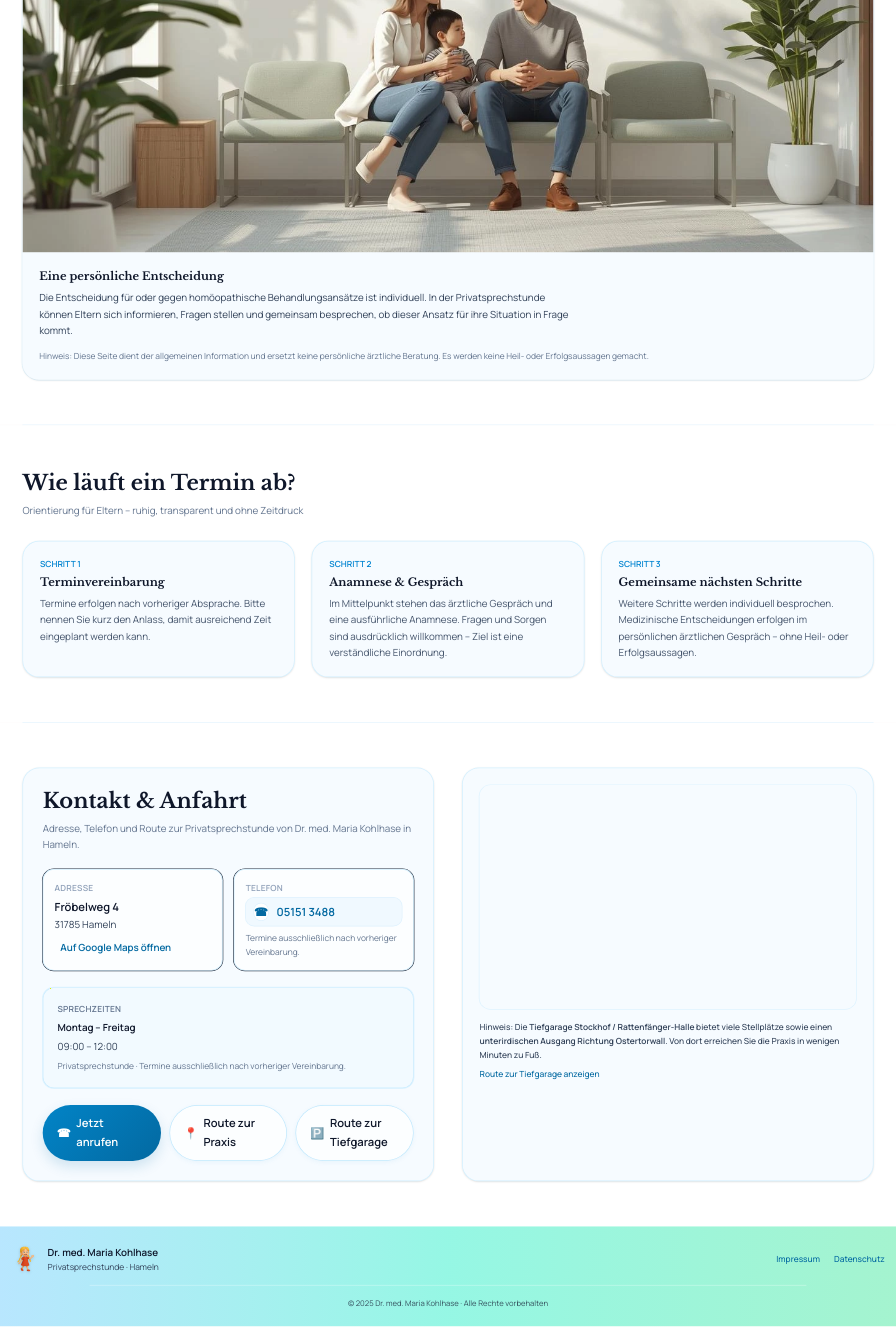
Repository: NikolajMalisch/kinderartz-web
Page: maria-kohlhase.html
These files come from the project's save history. The page is drawn as it stood at one moment and after the next save; the edit follows.
The browser window is 1280 px wide. The pictures show the part of the page from y = 2221 to 4141 px (the page is 4116 px tall before and 4141 px after), at 70% of full size.
Pictures or frames that could not be fetched are drawn as grey boxes.

Above is the page before, as saved 2025-12-16 21:03:53.

After the next save:
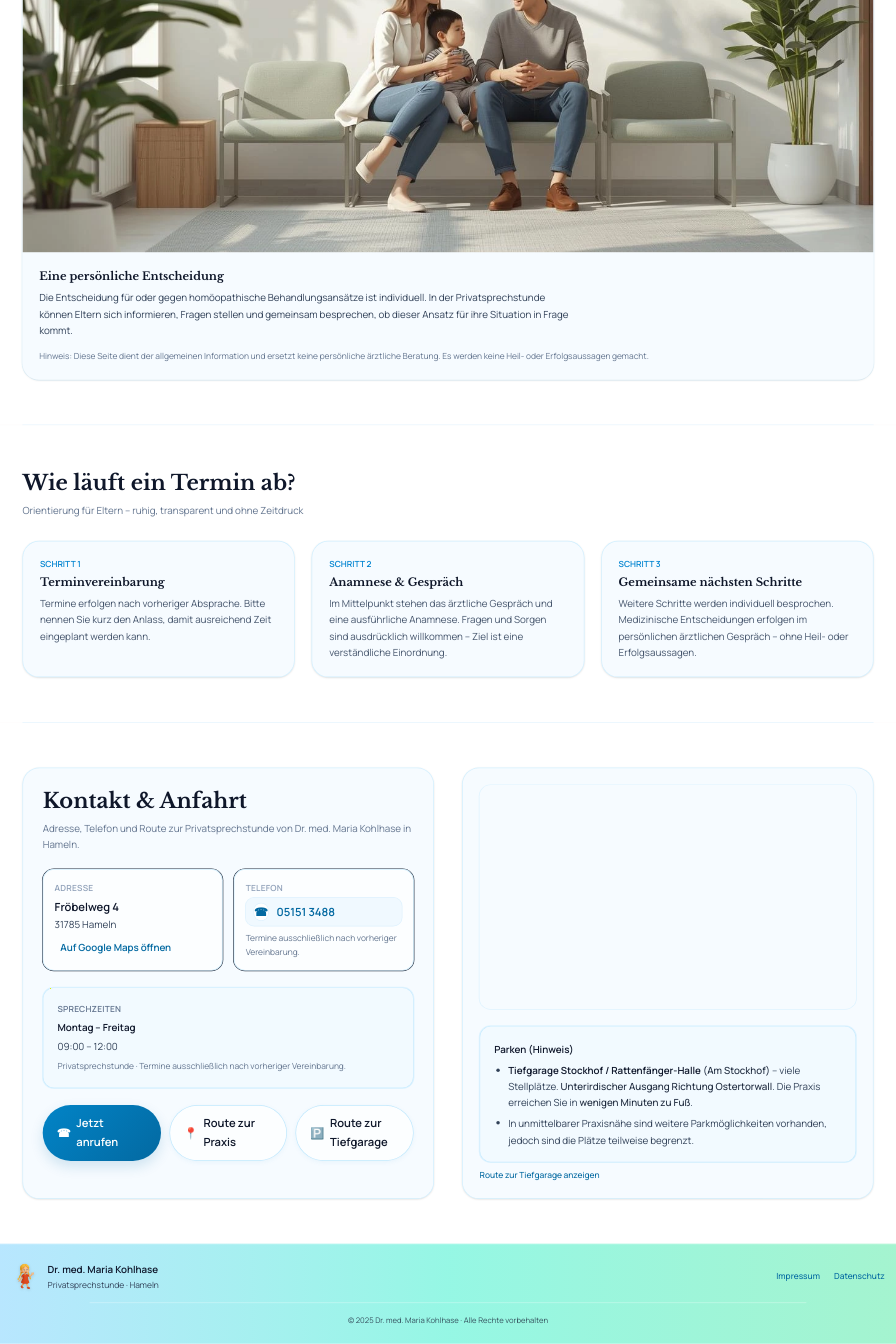
Saved 6 s later.
--- a/maria-kohlhase.html
+++ b/maria-kohlhase.html
@@ -479,10 +479,23 @@
             src="https://www.google.com/maps?q=Fr%C3%B6belweg%204,%2031785%20Hameln&output=embed"></iframe>
         </div>
 
-        <p class="mt-4 text-xs font-medium text-slate-700 leading-relaxed">
-          Hinweis: Die <strong>Tiefgarage Stockhof / Rattenfänger-Halle</strong> bietet viele Stellplätze sowie
-          einen <strong>unterirdischen Ausgang Richtung Ostertorwall</strong>. Von dort erreichen Sie die Praxis in wenigen Minuten zu Fuß.
-        </p>
+       <!-- Parken -->
+        <div class="mt-6 panel-inner p-4 sm:p-5 text-sm">
+          <p class="text-sm font-semibold text-slate-900">Parken (Hinweis)</p>
+
+          <ul class="mt-2 list-disc pl-5 space-y-1.5 text-slate-700">
+            <li>
+              <strong class="text-slate-900">Tiefgarage Stockhof / Rattenfänger-Halle</strong>
+              <span class="font-medium text-slate-800">(Am Stockhof)</span> – viele Stellplätze.
+              <span class="font-medium text-slate-800">Unterirdischer Ausgang Richtung Ostertorwall</span>.
+              Die Praxis erreichen Sie in <span class="font-medium text-slate-800">wenigen Minuten zu Fuß</span>.
+            </li>
+            <li>
+              In unmittelbarer Praxisnähe sind weitere Parkmöglichkeiten vorhanden,
+              jedoch sind die Plätze teilweise begrenzt.
+            </li>
+          </ul>
+        </div>
 
         <p class="mt-2 text-xs">
           <a href="https://www.google.com/maps/search/?api=1&query=Tiefgarage+Stockhof+Hameln"
